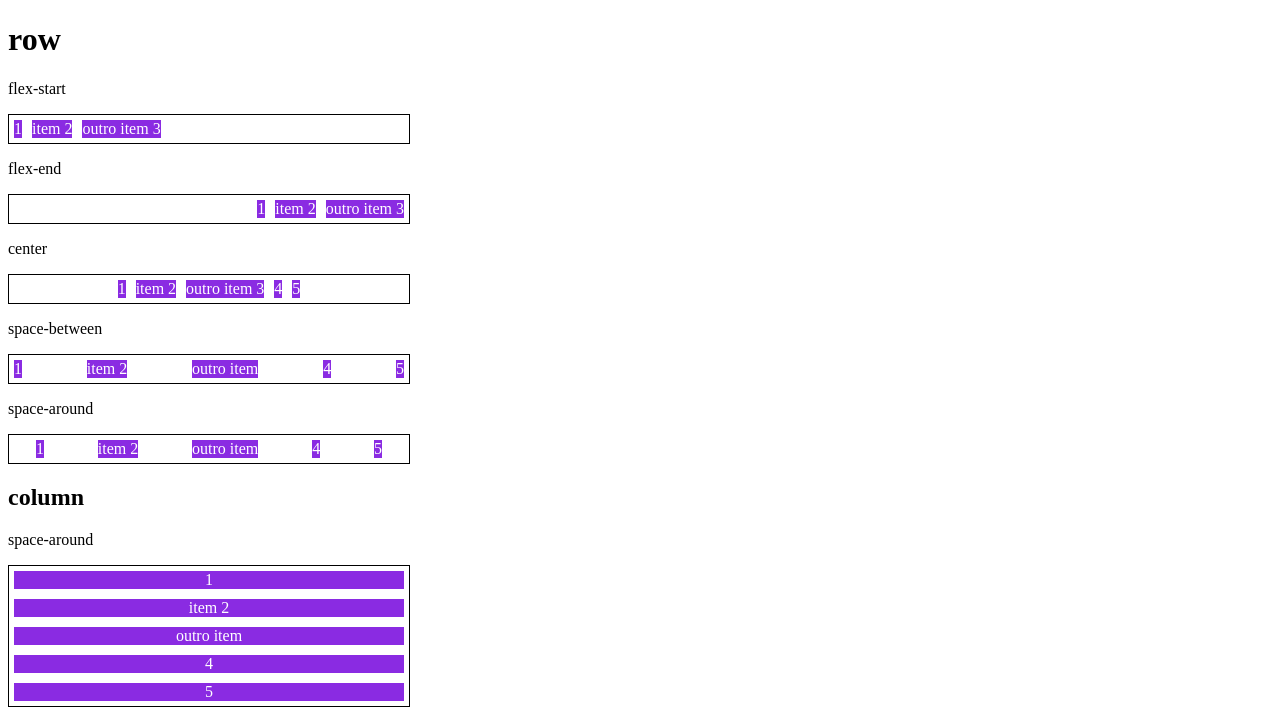
Repository: gabrielbino/projects-dio
Page: Flexbox/@justify-content.html
The author's editor kept a copy of each file at every save. The page is drawn from the files as they stood at one save, then again after the next save.
The browser window is 1280 px wide. The pictures show the whole page.

Above is the page before, as saved 2021-10-22 17:45:42.

After the next save:
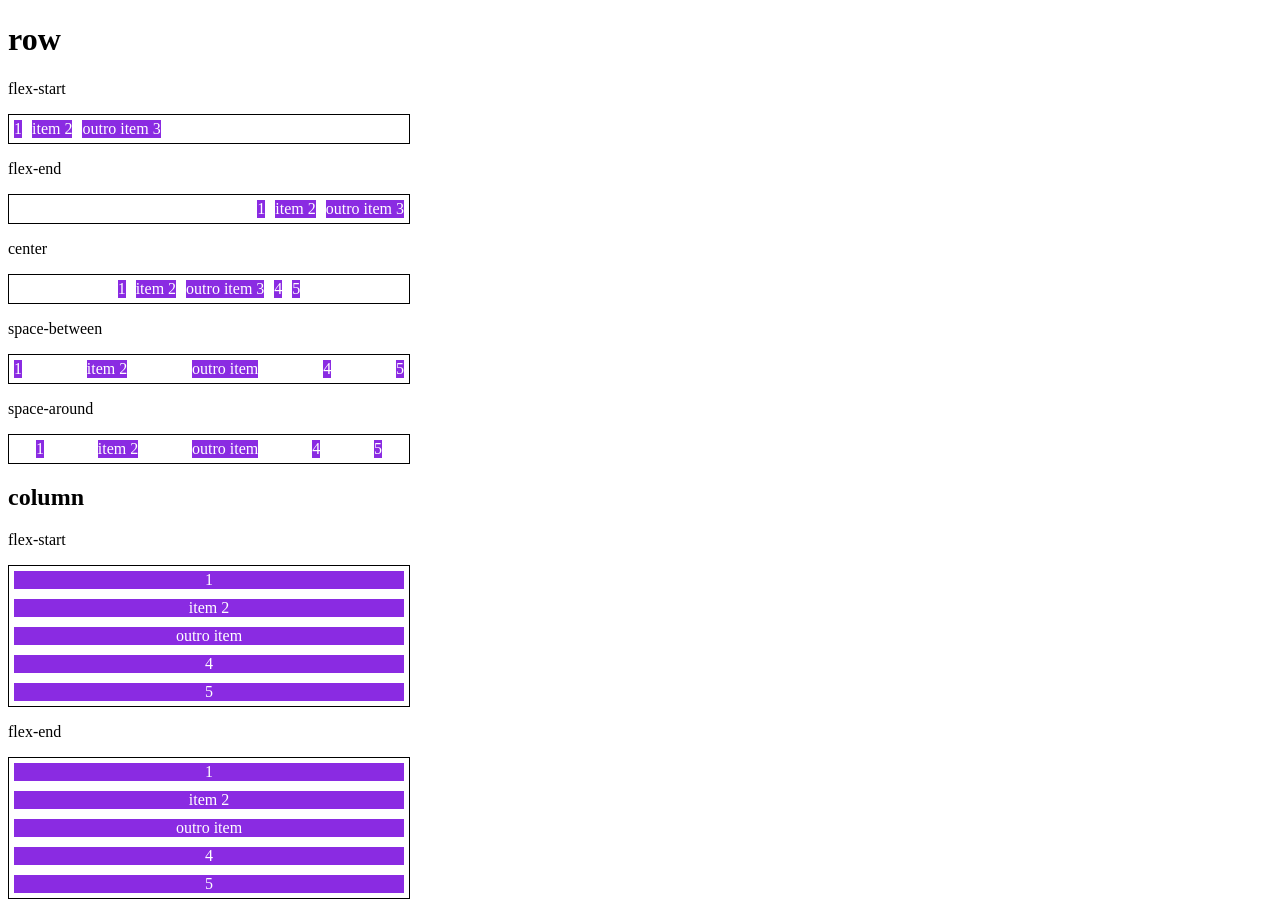
Saved 46 s later.
--- a/Flexbox/@justify-content.html
+++ b/Flexbox/@justify-content.html
@@ -93,8 +93,17 @@
     </section>
 
     <h2>column</h2>
-    <p>space-around</p>
+    <p>flex-start</p>
     <section class="container flexStart column">
+      <div class="item">1</div>
+      <div class="item">item 2</div>
+      <div class="item">outro item</div>
+      <div class="item">4</div>
+      <div class="item">5</div>
+    </section>
+
+    <p>flex-end</p>
+    <section class="container flexEnd column">
       <div class="item">1</div>
       <div class="item">item 2</div>
       <div class="item">outro item</div>
